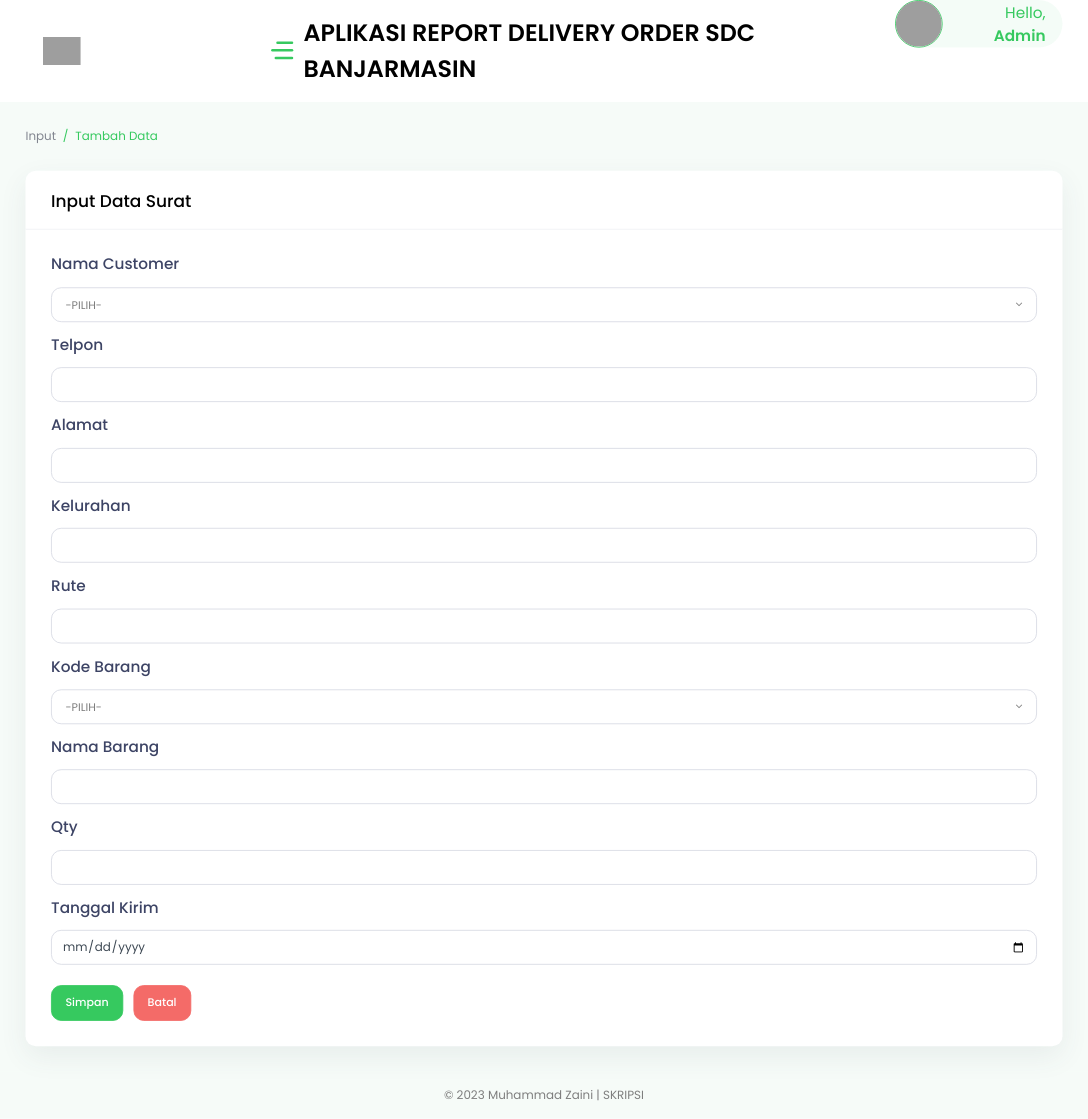
Repository: muhammadzainiy31/skripsi
Page: http://localhost/surat/input.php
These files come from the project's save history. The page is drawn as it stood at one moment and after the next save; the edit follows.
The browser window is 1280 px wide. The pictures show the whole page, at 85% of full size.
Pictures or frames that could not be fetched are drawn as grey boxes. The page is run by PHP 8.4 with error messages shown; the project is at /var/www/html/. The database holds what the project's SQL file puts in it.

Above is the page before, as saved 2023-07-02 11:11:09.

After the next save:
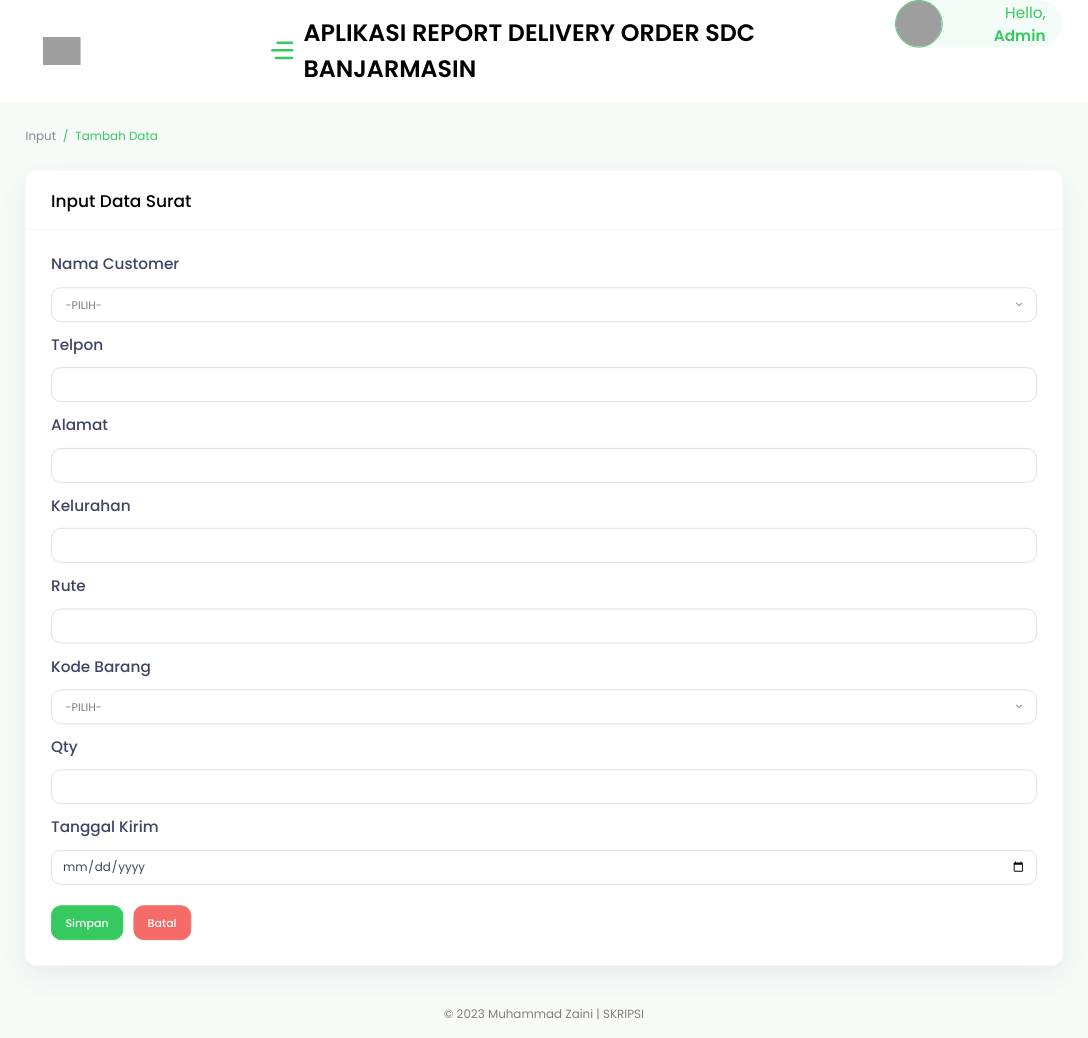
Saved 70 s later.
--- a/surat/input.php
+++ b/surat/input.php
@@ -117,12 +117,6 @@
                                                 ?>
                                             </select>
                                         </div>
-
-                                        <div class="form-group">
-                                            <h4><label for="nmbrg">Nama Barang</label></h4>
-                                            <input type="text" class="form-control input-default" name="nmbrg" id="nmbrg" readonly>
-                                        </div>
-
                                         <script>
                                             // Fungsi untuk melakukan autofill pada nmbrg
                                             function autofillBrg() {
